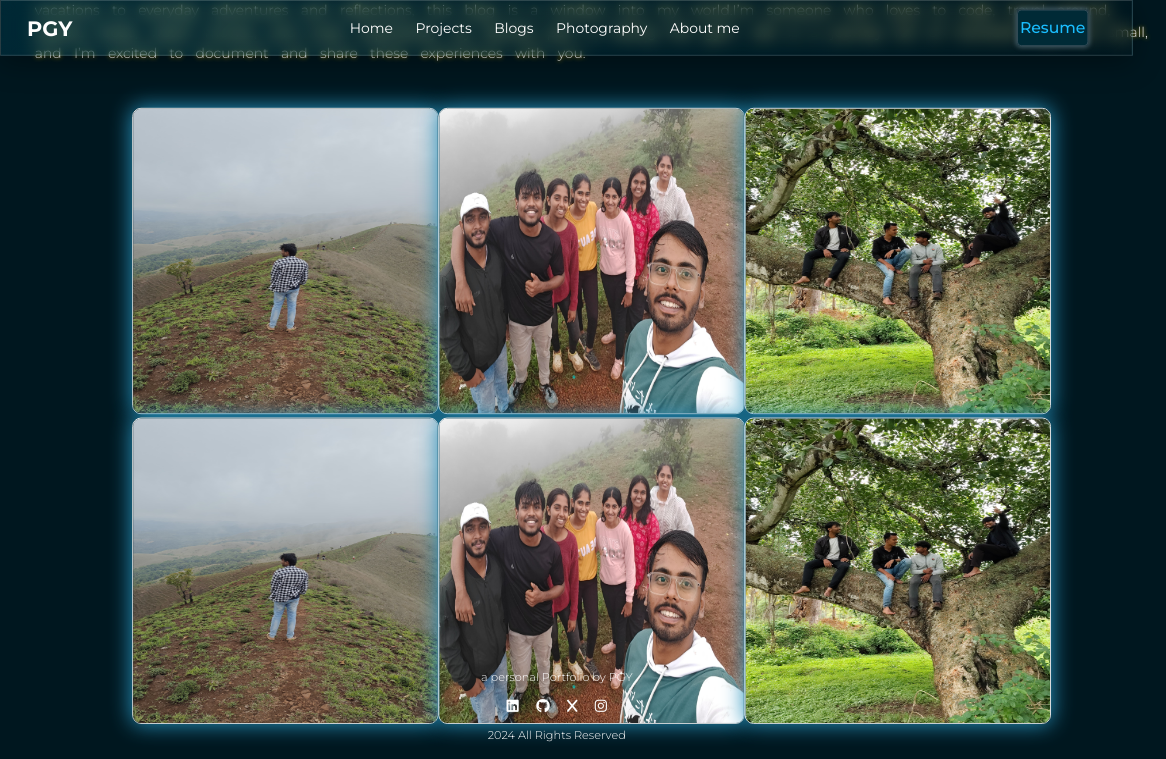
Repository: pgyunknown/pgyunknown
Page: personal_blog.html
The author's editor kept a copy of each file at every save. The page is drawn from the files as they stood at one save, then again after a run of saves.
The browser window is 1280 px wide. The page is 1340 px wide, so the pictures cover 1340 px, including what lies to the right of the window. The pictures show the whole page, at 87% of full size.
Some web libraries are served in a nearby version.

Above is the page before, as saved 2024-08-22 11:07:15.

### personal_blog.html
<!DOCTYPE html>
<html lang="en">
<head>
    <meta charset="UTF-8">
    <meta name="viewport" content="width=device-width, initial-scale=1.0">
    <title>Personal portfolio</title>
    <link rel="stylesheet" href="personal_blog.css">
    <link rel="preconnect" href="https://fonts.googleapis.com">
<link rel="preconnect" href="https://fonts.gstatic.com" crossorigin>
<link href="https://fonts.googleapis.com/css2?family=Libre+Baskerville:ital,wght@0,400;0,700;1,400&family=Montserrat:ital,wght@0,100..900;1,100..900&family=Titillium+Web:ital,wght@0,200;0,300;0,400;0,600;0,700;0,900;1,200;1,300;1,400;1,600;1,700&display=swap" rel="stylesheet">
<link rel="stylesheet" href="https://cdnjs.cloudflare.com/ajax/libs/font-awesome/6.6.0/css/all.min.css" integrity="sha512-Kc323vGBEqzTmouAECnVceyQqyqdsSiqLQISBL29aUW4U/M7pSPA/gEUZQqv1cwx4OnYxTxve5UMg5GT6L4JJg==" crossorigin="anonymous" referrerpolicy="no-referrer" />
</head>
<body>
    <header>
        <div class="pgy_con">
                <div class="pgy"><a href="#">PGY</a></div>
        </div>
        <nav>
                <div class="nav_bar">
                <a href="#" id="home">Home</a>
                <a href="#"id="projects">Projects</a>
                <a href="blog.html"id="blogs">Blogs</a>
                <a href="#"id="photo">Photography</a>
                <a href="#"id="About">About me</a>
                </div>
            </nav>
        <div class="resume_con">
                <button>Resume</button>
        </div>
    </header>
    <main>
        <div class="personal_intro"><p>This is my personal space where I share stories, insights, and experiences from various aspects of my life. From my travels and vacations to everyday adventures and reflections, this blog is a window into my world.I’m someone who loves to code, travel around, explore foods, watch movies, and most importantly my favorite part is hitting the gym. Life is a journey full of moments big and small, and I’m excited to document and share these experiences with you. </p></div>

        <div class="contianer1">
        <div ><img src="imgs/WhatsApp Image 2024-08-16 at 18.40.53_9c257726.jpg" alt=""></div>
        <div ><img src="imgs/WhatsApp Image 2024-08-16 at 18.40.52_35491df1.jpg" alt=""></div>
        <div ><img src="imgs/WhatsApp Image 2024-08-16 at 18.34.26_5f8bc427.jpg" alt=""></div>
        </div>

        <div class="contianer1">
        <div ><img src="imgs/WhatsApp Image 2024-08-16 at 18.40.53_9c257726.jpg" alt=""></div>
        <div ><img src="imgs/WhatsApp Image 2024-08-16 at 18.40.52_35491df1.jpg" alt=""></div>
        <div ><img src="imgs/WhatsApp Image 2024-08-16 at 18.34.26_5f8bc427.jpg" alt=""></div>
        </div>
        </main>

        <footer>
        <div class="footer_port">a personal Portfolio by PGY</div>
        <div class="footer_icons">
            <a href="https://www.linkedin.com/in/p-gokul-yadav-82548a295?utm_source=share&utm_campaign=share_via&utm_content=profile&utm_medium=android_app" alt="Gokul's linkedin profile" target="_blank"><i class="fa-brands fa-linkedin"></i></a>
            <a href="https://github.com/pgyunknown" alt="Gokul Github profile" target="_blank" alt="Gokul's Github profile" ><i class="fa-brands fa-github"></i></a>
            <a href=" https://x.com/cody_hunk?t=EkARfGCWhhBT_BHbby4DGw&s=08 " target="_blank" alt="Gokul's X profile" ><i class="fa-brands fa-x" ></i></a>
            <a href="#" target="_blank" alt="Gokul's fa-instagram profile" ><i class="fa-brands fa-instagram" ></i></a>
        </div>
        <div class="copyrights">2024 All Rights Reserved</div>
    </footer>

### personal_blog.css
*{margin: 0px;
    padding: 0px;
}
body{
    background-color: #00171F;
    color: white;
    box-sizing: border-box;


}
a{
    text-decoration: none;
    color: inherit;
}

header{
    display: flex;
    justify-content: space-between;
    align-items: center;
    padding: 10px;
    /* Glassy effect */
    background: linear-gradient(135deg, rgba(0, 200, 255, 0.1), rgba(255, 255, 255, 0));
    backdrop-filter: blur(10px);
    -webkit-backdrop-filter: blur(10px);
    border:1px solid rgba(255, 255, 255, 0.18);
    box-shadow: 0 8px 32px 0 rgba(0, 0, 0, 0.37);

    overflow: hidden;
    position: fixed; /* Set the navbar to fixed position */
    top: 0; /* Position the navbar at the top of the page */
    width: 100%;
}

.pgy_con
{
    margin-left: 20px;
    font-family: "Montserrat", sans-serif;
    font-optical-sizing: auto;
    font-size: x-large;
    font-weight: 700;
    font-style: normal;
    align-items: end;

}

.pgy_con .pgy a{
    text-decoration: none;
}
.nav_bar {
        /* height: 50px; */
    width: 500px;
    display: flex;
    justify-content: space-evenly;

    transition-property: all;
    transition-timing-function: ease-in-out;
    transition-delay: 1s;


}

.nav_bar a{
    box-sizing: border-box;
    font-family: "Montserrat", sans-serif;
    font-optical-sizing: auto;
    font-weight: 400;
    font-style: normal
    text-decoration: none;
    justify-content: space-around;
    align-items: center;
    padding-top:10px;
    padding-bottom :10px;
    /* padding-right:10px ;
    padding-left:10px ; */
}

.nav_bar a:hover{
    color: #FFC107;
    text-shadow: #FFC107 0px 0px  1px;
    border-bottom: 0.5px solid #FFC107;


}


.resume_con {
    display: flex;
    justify-content: center;
    margin-right: 20px;
    background-color: #00171F;
    margin-right: 40px;
}
.resume_con button{
    background-color:rgba(0, 200, 255, 0.1);
    box-sizing: content-box;
    height: 2.5rem;
    width: 5rem;
    font-family: "Montserrat", sans-serif;
    font-optical-sizing: auto;
    font-size: large;
    font-weight: 500;
    font-style: normal;
    color: #1ABEFF;
    border: 0.0001px solid #3c555f;
    border-radius: 0.3rem;
    box-shadow: 0px 0px 5px 2px #3c555f;

}
    main{
    display: flex;
    flex-direction:column ;
    align-items: center;
    justify-content: center;
    height: 600px;
    width: 90%;
    /* justify-content:space-around; */
    align-items: center;
    padding: 50px;
    margin: 60px 20px 70px 20px;
}
main .personal_intro{
    display: flex;
    flex-direction: row;
    font-family: "Montserrat", sans-serif;
    font-optical-sizing: auto;
    font-size: medium;
    font-weight: 300;
    font-style: normal;
    margin-top: 50px;
    margin-bottom: 50px;
    word-spacing: 10px;
    line-height: 25px;
    text-shadow: #FC0 0 0 5px;
}

main{
    height: 100pxpx;
    width: 100%;
    padding: 20px;

}
main .contianer1{
    display: flex;
    flex-direction: row;
    justify-content: space-between;
    align-items: center;

}

main .contianer1 img{
    height: 350px;
    width: 350px;
    border-radius:10px;
    border: 1px solid #ffffff;
    box-shadow: 0px 0px 25px 1px #2792bd;
}

footer{
    display: flex;
    flex-direction:column;
    justify-content: center;
    align-items: center;
    margin-top: 20px;
    margin-bottom: 20px;
    font-family: "Montserrat", sans-serif;
    font-optical-sizing: auto;
    font-size: small;
    font-weight: 300;
    font-style: normal;
}

.footer_icons{
    display: flex;
    justify-content: center;
    align-items: center;
    width: 50px;
    height: 50px;
}



.copyrights{
    display: flex;
    justify-content: center;
    align-items: center;
}

.footer_icons a{
font-size: medium;
padding: 10px;
width: 50px;
height: 50px;
display: flex;
justify-content: center;
align-items: center;
}

After the next 2 saves:
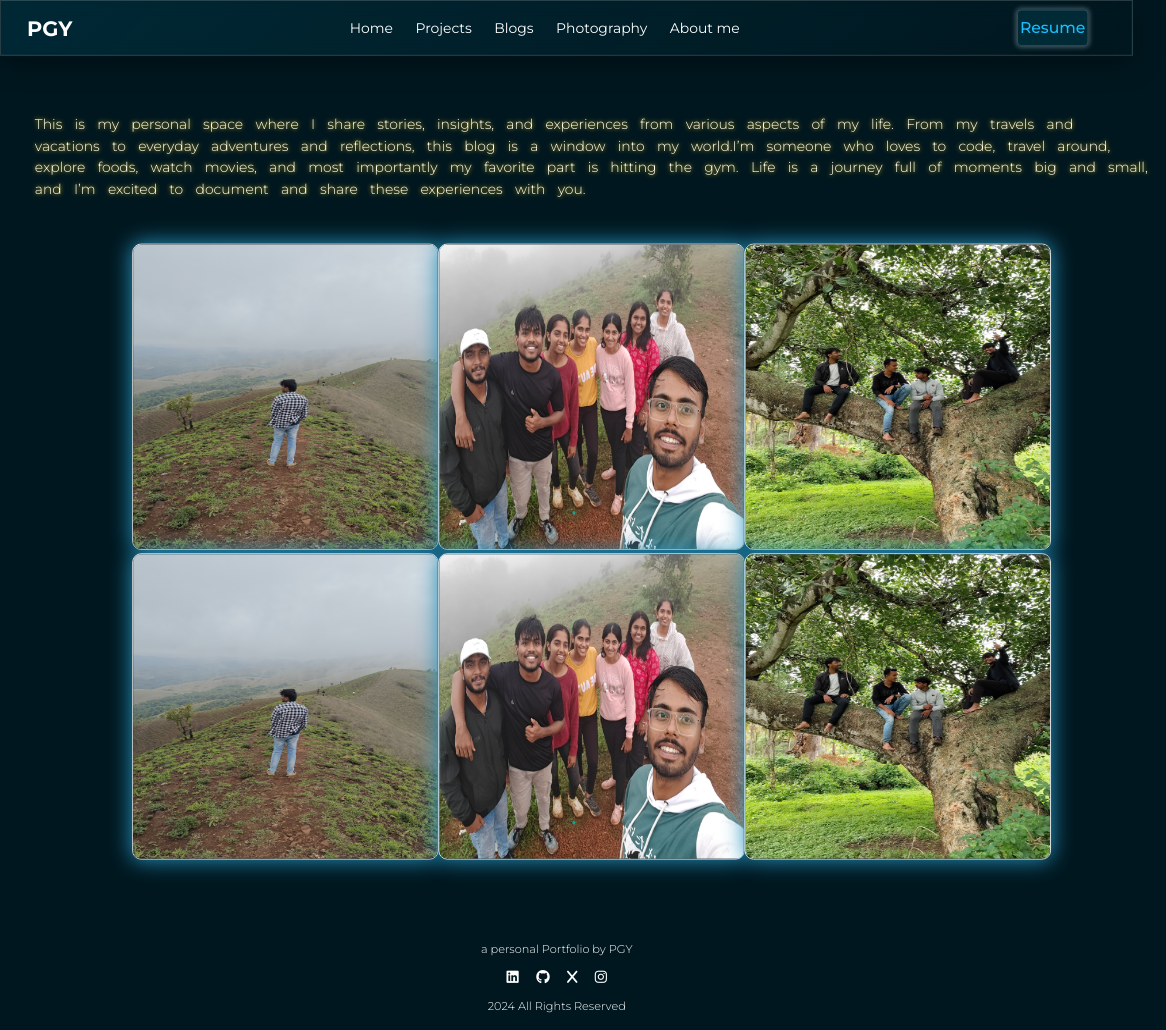
The 2 saves are shown as one change because they came seconds apart.
The last was saved 9 s later.
--- a/personal_blog.css
+++ b/personal_blog.css
@@ -134,7 +134,7 @@ main .personal_intro{
 }
 
 main{
-    height: 100pxpx;
+    height: 100%;
     width: 100%;
     padding: 20px;
 
